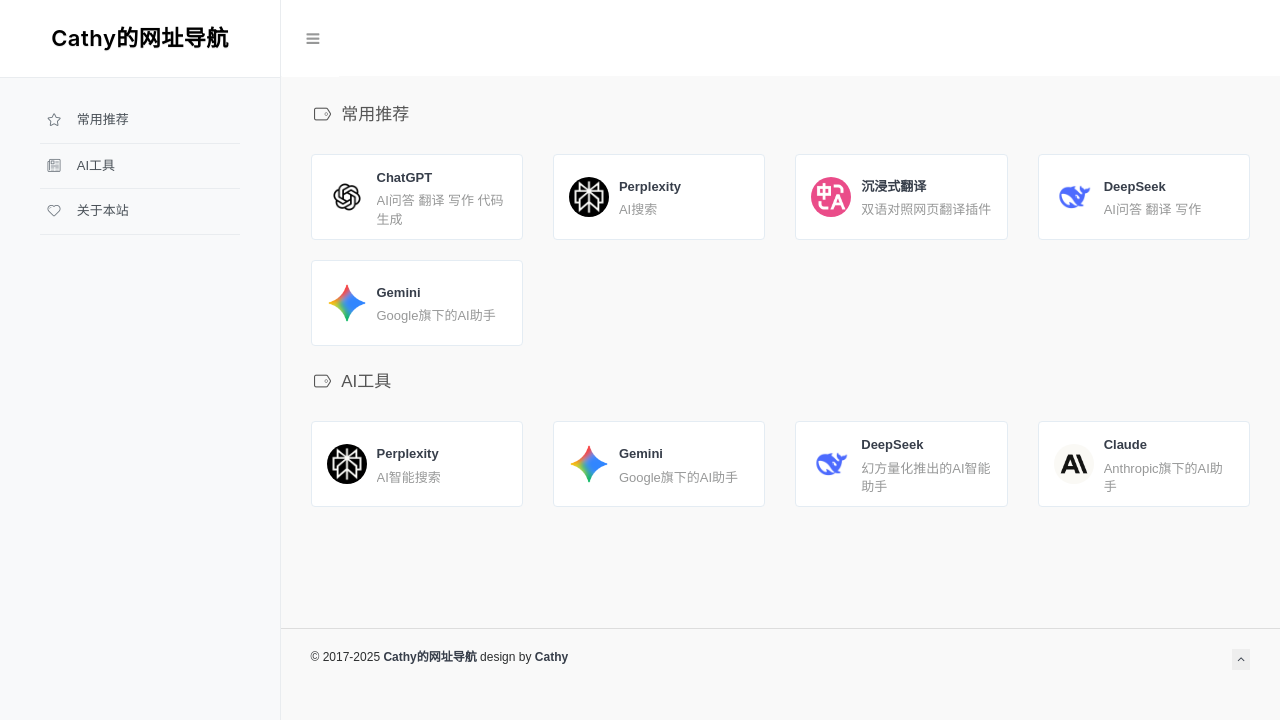
Repository: SweetPomelo0/AINav
Page: cn/index.html
These files come from the project's save history. The page is drawn as it stood at one moment and after the next save; the edit follows.
The browser window is 1280 px wide. The pictures show the whole page.

Above is the page before, as saved 2025-07-24 23:37:08.

After the next save:
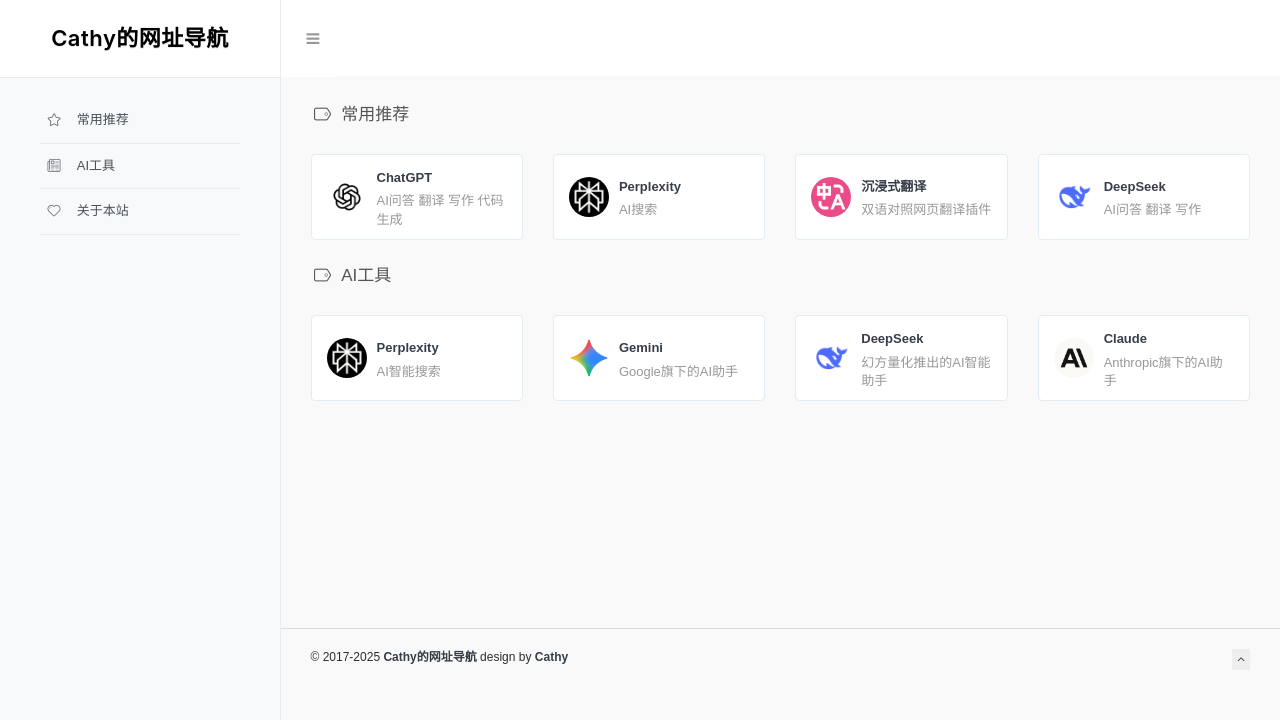
Saved 39 s later.
--- a/cn/index.html
+++ b/cn/index.html
@@ -325,25 +325,6 @@
                     </div>
                 </div>
 
-          <!-- Gemini2 -->
-          <div class="col-sm-3">
-                    <div class="xe-widget xe-conversations box2 label-info" onclick="window.open('https://gemini.google.com/app', '_blank')" data-toggle="tooltip" data-placement="bottom" title="" data-original-title="https://gemini.google.com/app">
-                        <div class="xe-comment-entry">
-                            <a class="xe-user-img">
-                                <img data-src="../assets/images/logos/gemini.png" class="lozad img-circle" width="40">
-                            </a>
-                            <div class="xe-comment">
-                                <a href="#" class="xe-user-name overflowClip_1">
-                                    <strong> Gemini</strong>
-                                </a>
-                                <p class="overflowClip_2">Google旗下的AI助手</p>
-                            </div>
-                        </div>
-                    </div>
-                </div>
-
-
-
         </div>
         <br />
         <!-- END 常用推荐 -->
